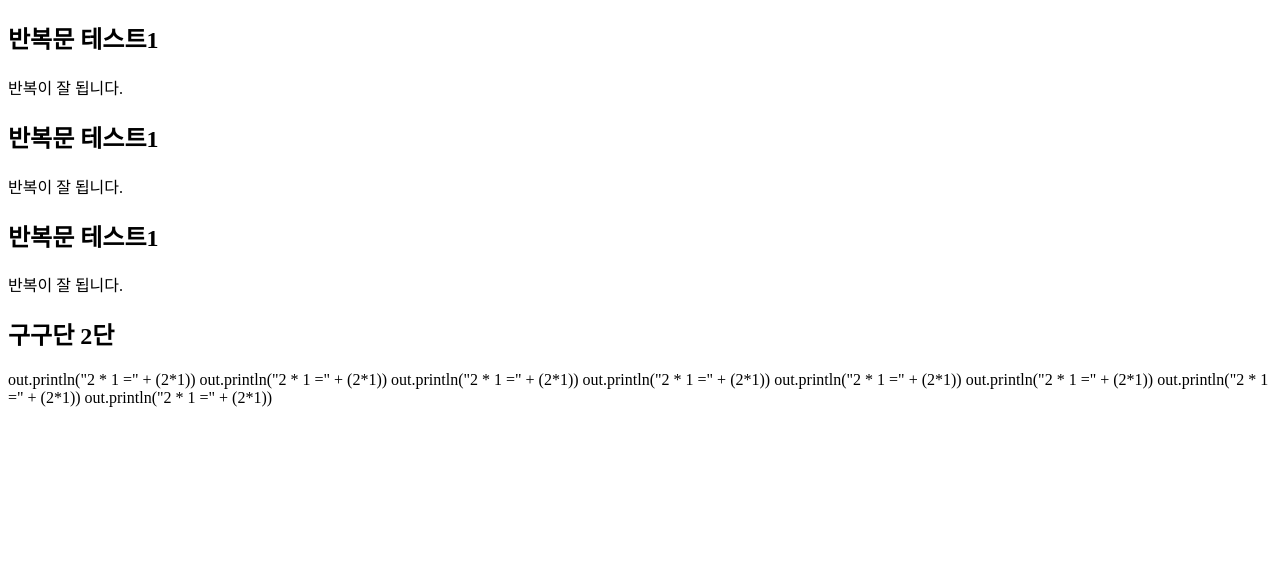
Repository: Kimhwawon/jsp_practice
Page: http://localhost/JSPBasic/JspTag/Scriptlet.jsp
The author's editor kept a copy of each file at every save. The page is drawn from the files as they stood at one save, then again after the next save.
The browser window is 1280 px wide. The pictures show the whole page.
The page is served by Tomcat 9.

Above is the page before, as saved 2022-01-28 02:39:48.

### JSPBasic/src/main/webapp/JspTag/Scriptlet.jsp
<%@ page language="java" contentType="text/html; charset=UTF-8"
    pageEncoding="UTF-8"%>
<!DOCTYPE html>
<html>
<head>
<meta charset="UTF-8">
<title>Insert title here</title>
</head>
<body>
	<!-- 스크립트릿 내부에는 자바 코드를 작성할 수 있으며
	이 코드를 반영해 페이지가 구성됩니다.  -->
	<% for(int i = 0; i < 3; i++){ %>
		<h2>반복문 테스트1</h2>
		<p>
			반복이 잘 됩니다.
		</p>
	<% } %>

	<!-- 하단에 구구단 코드를 작성해주세요.
	System.out.prinln() 이 괄호 내 구문을 콘솔에 찍히게 해줬다면
	out.println()은 html화면에 괄호 내 구문을 콘솔에 찍히게 해줍니다.
	(javascript의 document.write()와 같은 역할 )-->
	<h2>구구단 2단</h2>
	<% for(int i = 2; i <= 9; i++){ %>
		out.println("2 * 1 =" + (2*1))


	<% } %>
</body>
</html>

After the next save:
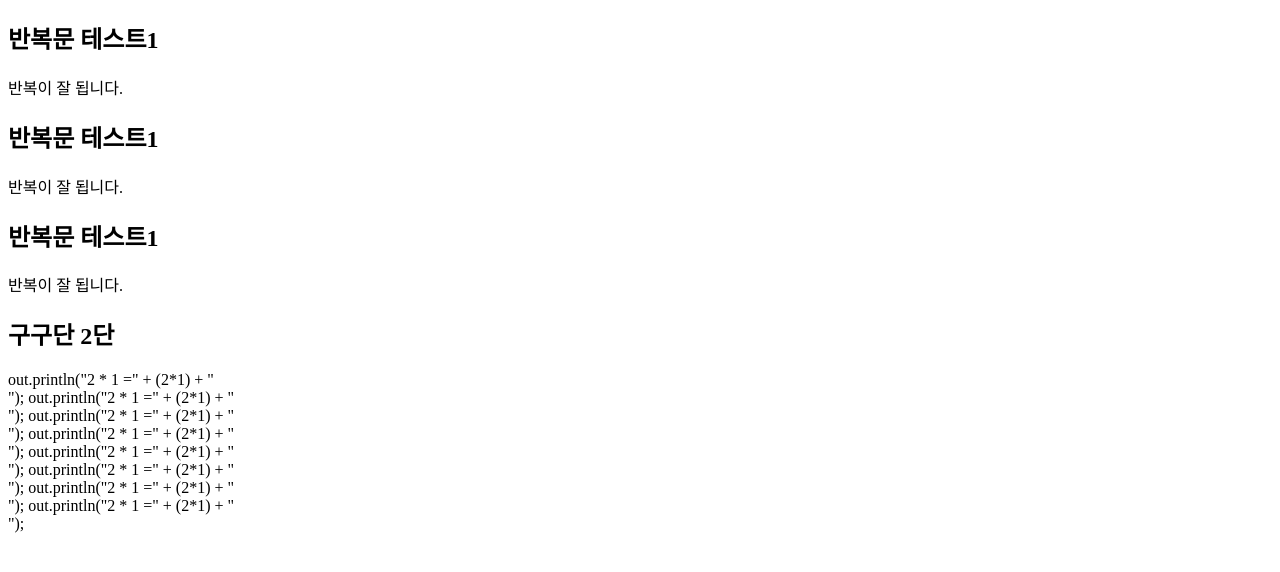
Saved 40 s later.
--- a/JSPBasic/src/main/webapp/JspTag/Scriptlet.jsp
+++ b/JSPBasic/src/main/webapp/JspTag/Scriptlet.jsp
@@ -22,7 +22,7 @@
 	(javascript의 document.write()와 같은 역할 )-->
 	<h2>구구단 2단</h2>
 	<% for(int i = 2; i <= 9; i++){ %>
-		out.println("2 * 1 =" + (2*1))
+		out.println("2 * 1 =" + (2*1) + "<br/>");
 
 
 	<% } %>
